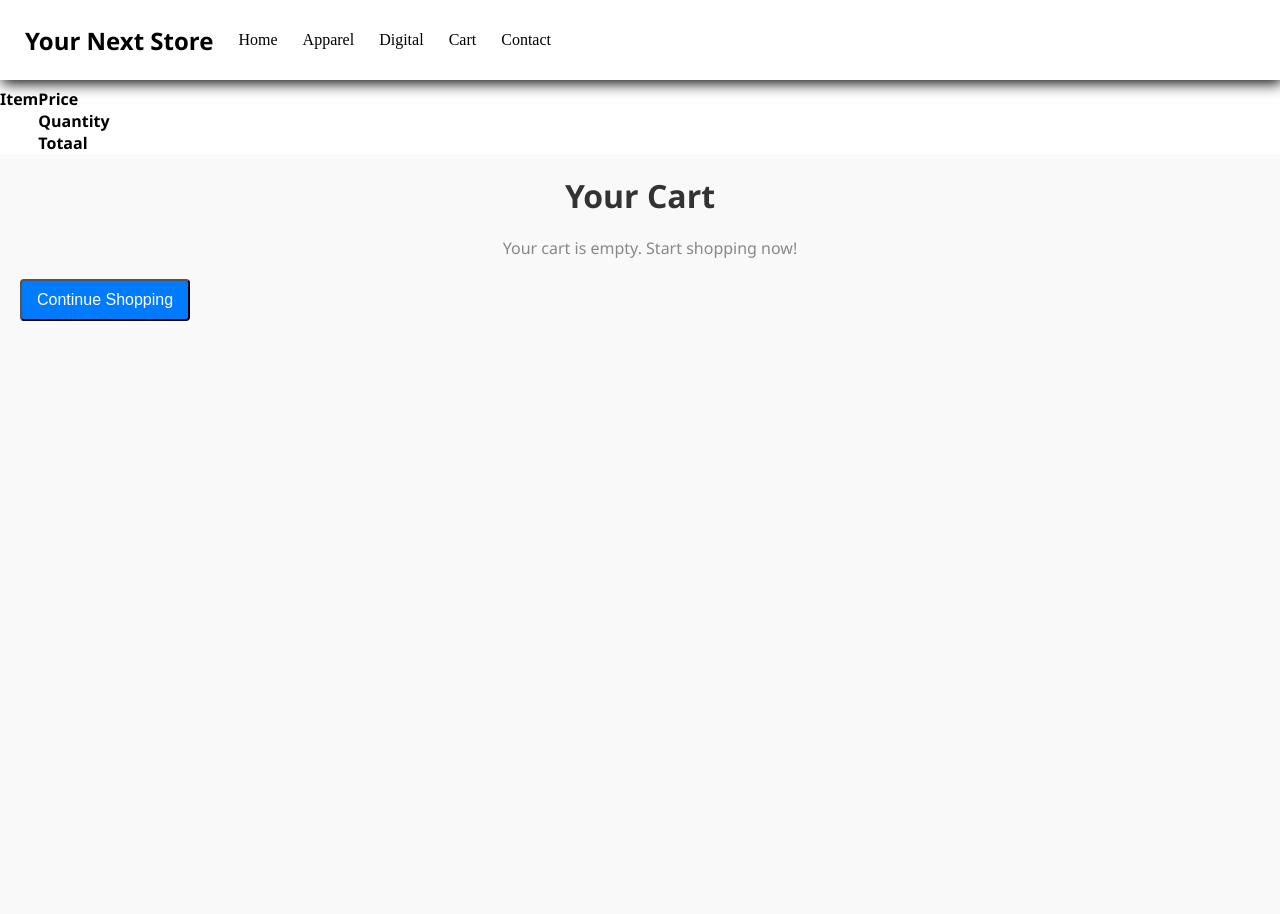
Repository: Sharathguru/React_Project1
Page: /cart
These files come from the project's save history. The page is drawn as it stood at one moment and after the next save; the edit follows.
The browser window is 1280 px wide. The pictures show the whole page.
The project was rebuilt for these pictures with package versions that can differ from the ones it lists, and the page was loaded fresh each time. Also part of the build but not shown: vite.config.js, src/Component/Main/Main1.jsx, src/Component/Main/Cloud.jsx, src/Component/Home.jsx, src/Component/NavbarComponent/Apparel.jsx, src/Component/NavbarComponent/Digital.jsx, src/Component/Contact.jsx, src/Component/Main/Signup.jsx and 3 more.

Above is the page before, as saved 2025-01-17 10:47:40.

### src/main.jsx
import { StrictMode } from 'react'
import { createRoot } from 'react-dom/client'

import App from './App.jsx'


createRoot(document.getElementById('root')).render(

  <App></App>

)

### src/App.jsx
import React, { useState } from 'react';
import { createBrowserRouter, RouterProvider } from 'react-router-dom';
import Home from './Component/Home';
import Apparel from './Component/NavbarComponent/Apparel';
import Digital from './Component/NavbarComponent/Digital';
import Contact from './Component/Contact';
import Signup from './Component/Main/Signup';
import LoginPage from './Component/Main/LoginPage';
import Cart from './Component/NavbarComponent/Cart';

import './App.css';
import Terms from './Component/Main/Terms';

const App = () => {
  const [cartItems, setCartItems] = useState([]);

  const router = createBrowserRouter([
    {
      path: "/",
      element: <Signup />,
      children: [
        {
          path: "/terms",
          element: <Terms />,
        },
      ],
    },
    {
      path: "/login",
      element: <LoginPage />,
    },
    {
      path: "/home",
      element: <Home />,
    },
    {
      path: "/apparel",
      element: <Apparel cartItems={cartItems} setCartItems={setCartItems} />,
    },
    {
      path: "/digital",
      element: <Digital />,
    },
    {
      path: "/cart",
      element: <Cart cartItems={cartItems} setCartItems={setCartItems} />,
    },
    {
      path: "/contact",
      element: <Contact />,
    },
  ]);

  return (
    <div>
      <RouterProvider router={router} />
    </div>
  );
};

export default App;

### src/Component/NavbarComponent/Cart.jsx
import React, { useState } from "react";
import { Link } from "react-router-dom";

const Cart = ({ cartItems, setCartItems }) => {
  const handleRemoveFromCart = (productId) => {
    const updatedCart = cartItems.filter((item) => item.id !== productId);
    setCartItems(updatedCart);
  };

  const handleIncreaseQuantity = (productId) => {
    const updatedCart = cartItems.map((item) =>
      item.id === productId ? { ...item, quantity: item.quantity + 1 } : item
    );
    setCartItems(updatedCart);
  };

  const handleDecreaseQuantity = (productId) => {
    const updatedCart = cartItems.map((item) =>
      item.id === productId && item.quantity > 1
        ? { ...item, quantity: item.quantity - 1 }
        : item
    );
    setCartItems(updatedCart);
  };

  return (
    <div>
      <div id="navbar">
        <nav id="navbar-items">
          <div id="navbar-title">
            <h1>Your Next Store</h1>
          </div>
          <Link className="link" to="/home">Home</Link>
          <Link className="link" to="/Apparel">Apparel</Link>
          <Link className="link" to="/digital">Digital</Link>
          <Link className="link" to="/cart">Cart</Link>
          <Link className="link" to="/contact">Contact</Link>
        </nav>
      </div>
      <br /><br /><br /><br />
    <div id="cart-item-navbar">
      <div  id="cart-item-1">
        <h4>Item</h4>
      </div>
      <div id="cart-tem-all">
        <h4>Price</h4>
        <h4>Quantity</h4>
        <h4>Totaal</h4>
      </div>
    </div>
      <div id="cart-content">
        <h1>Your Cart</h1>
        {cartItems && cartItems.length > 0 ? (
          cartItems.map((item) => (
            <div key={item.id} className="cart-item">
              <img src={item.img} alt={item.name} className="cart-item-image" />
              <div className="cart-item-details">
                <h2>{item.name}</h2>
                <p>Price: {item.price}</p>
                <div>
                  <input type="button" value="-" />
                  <input type="button" value="Add" />

                </div>
                <button
                  className="remove-button"
                  onClick={() => handleRemoveFromCart(item.id)}
                >
                  Remove
                </button>
              </div>
            </div>
          ))
        ) : (
          <p>Your cart is empty. Start shopping now!</p>
        )}
        <Link to="/Apparel">
          <button className="continue-shopping-button">Continue Shopping</button>
        </Link>
      </div>
    </div>
  );
};

export default Cart;

### src/App.css
* {
  margin: 0;
  padding: 0;
}
body
{
    font-family: 'Segoe UI', Tahoma, Geneva, Verdana, sans-serif;
}
#navbar {
    width: 100vw;
    height: 80px;
    background: white;
    box-shadow: 2px 3px 14px black;
    display: flex;
    align-items: center;
    justify-content: space-between;
    position: fixed; /* Change from static to fixed */
    top: 0; /* Ensure it sticks to the top of the viewport */
    z-index: 1000; /* Add z-index to make sure it appears above other content */

  }

#navbar-title h1
{
/* padding-bottom: 10px; */
font-weight: 700;
}

#navbar-items {

  width: 45%;
  display: flex;
  justify-content: space-evenly;
  align-items: center;
}


.link {
  text-decoration: none;
  color: black;
  font-size: 16px;
  font-family: "Times New Roman", Times, serif;
}

.link:hover {
  background: linear-gradient(45deg, black, rgb(232, 145, 4));
  -webkit-background-clip: text;
  background-clip: text;
  color: transparent;
}

#navbar-search {
    margin-right: 25px;
  flex-grow: 1;
  display: flex;
  justify-content: flex-end;
  padding-right: 10px;
  align-items: center;
}

#navbar-search input {
  width: 180px;
  height: 30px;
  border: 1px solid #ccc;
  border-radius: 4px;
  padding: 0 10px;
  font-size: 14px;
}
#navbar-search input::placeholder
{
font-size: 12px;
}

#navbar-search i,
#navbar-search a {
  padding-left: 10px;
  font-size: 16px;
  color: #888;
  cursor: pointer;
  text-decoration: none;
}

#navbar-search a:hover {
  background: linear-gradient(45deg, black, rgb(232, 145, 4));
  -webkit-background-clip: text;
  background-clip: text;
  color: transparent;
}

#navbar-icon i {
  padding-right: 20px;
  font-size: 20px;
  cursor: pointer;
  display: none;
}

#navbar-icon i:hover {
  background: linear-gradient(45deg, black, rgb(232, 145, 4));
  -webkit-background-clip: text;
  background-clip: text;
  color: transparent;
}
#home-part1 {
    background-color: rgb(247, 244, 244);
    margin: 100px 0 0 40px; /* Add top margin to prevent overlapping */
    width: 94vw;
    height: 480px;
    position: relative; /* Change position to relative to avoid sticky conflicts */
    display: flex;
    justify-content: space-evenly;
    align-items: center;
}

#home-part1 p
{
    padding-top: 10px;
    color: rgb(83, 79, 80);
}
#home-part1 button
{
    margin-top: 15px;
    background: rgb(46, 48, 49);
    border: none;
    border-radius: 20px;
    width: 90px;
    height: 30px;
    color: white;
    font-weight: bold;
    cursor: pointer;
}

#home-part1-img img
{
    width: 300px;
}
#home-part2
{

    display: flex;
    justify-content: space-evenly;
    flex-wrap: wrap;
    row-gap: 70px;

}
#cloud {
    background-color: rgb(222, 219, 219);
    margin: 10px 0 10px 0px;
    width: 25.4%;
    height: 340px;
    position: relative;
    border-radius: 10px;

}
#cloud img
{
    /* margin-left: 20px; */
    position: relative;
    left: -30px;
    bottom: 10px;
    right: 85px;
    width: 395px;
    height: 350px;
}
#cloud img:hover
{
opacity: 0.5;
transform: translateY(-10px);
}
#home-part2 h1
{
    /* padding-left: 35px; */
    font-size: 25px;
}
#cloud p:first-child {
    padding-left: 80px;
    font-size: 20px;
}

#home-part2a
{
    margin: 20px 0 0 0;
    width: 94vw;
    display: flex;
    justify-content: space-around;

}
#cloud1 img
{
    width: 500px;
    border-radius: 10px;
}
#cloud1a img
{
    width: 500px;
    border-radius: 10px;
}
#para p
{
    margin-right: 20px;
}
#cloud1:hover , #cloud1a:hover {
    opacity: 0.7;
}



/* Outer container */
#border-down {
  margin-top: 20px;
  background-color: rgb(240, 240, 240);
  height: 220px;
  position: relative;
  width: 100%;
  display: flex; /* Flexbox for alignment */
  justify-content: space-between; /* Space between left and right sections */
  align-items: center;
  padding: 20px;
  box-sizing: border-box;
}

/* Left Section */
#details-product-left {
  display: flex;
  flex-direction: column;
  justify-content: center;
  align-items: flex-start;
}

#details-product-left h1 {
  font-size: 18px;
  margin-bottom: 10px;
}

#details-product-left input {
  padding: 8px;
  border: 1px solid #ccc;
  border-radius: 4px;
  margin-right: 10px;
}

#details-product-left button {
  background-color: #1a202c;
  color: #fff;
  border: none;
  padding: 8px 16px;
  border-radius: 4px;
  cursor: pointer;
}

/* Right Section */
#details-product-right {
  display: flex;
  justify-content: space-between;
  align-items: flex-start;
  gap: 50px; /* Space between Products and Support */
}

#details-Product,
#details-Product1 {
  text-align: left;
}

#details-Product h4,
#details-Product1 h4 {
  font-size: 16px;
  margin-bottom: 10px;
}

#details-Product a,
#details-Product1 a {
  text-decoration: none;
  color: #333;
  font-size: 14px;
}

#details-Product a:hover,
#details-Product1 a:hover {
  text-decoration: underline;
}

/* Outer container */
#border-down {
  margin-top: 20px;
  background-color: rgb(240, 240, 240);
  height: 250px;
  position: relative;
  width: 100%;
  display: flex;
  justify-content: space-between;
  align-items: center;
  padding: 20px;
  box-sizing: border-box;
}

/* Left Section */
#details-product-left {
  display: flex;
  flex-direction: column;
  justify-content: flex-start;
  align-items: flex-start;
  gap: 10px;
}

#details-product-left h1 {
  font-size: 18px;
  margin-bottom: 5px;
}

#details-product-left input {
  padding: 8px;
  border: 1px solid #ccc;
  border-radius: 4px;
  margin-right: 10px;
  width: 250px;
}

#details-product-left button {
  background-color: #1a202c;
  color: #fff;
  border: none;
  padding: 8px 16px;
  border-radius: 10px;
  cursor: pointer;
  margin-top: 10px;
}

/* Right Section */
#details-product-right {
  display: flex;
  justify-content: flex-end;
  align-items: flex-start;
  gap: 50px;
}

#details-Product,
#details-Product1 {
  text-align: left;
}

#details-Product h4,
#details-Product1 h4 {
  font-size: 16px;
  margin-bottom: 10px;
}

#details-Product a,
#details-Product1 a {
  text-decoration: none;
  color: #333;
  font-size: 14px;
}

#details-Product a:hover,
#details-Product1 a:hover {
  text-decoration: underline;
}

/* Footer Section */
#footer {
  /* text-align: center; */
  padding: 15px 0;
  font-size: 14px;
  color: #555;
  background-color: rgb(240, 240, 240);
  border-top: 1px solid #ddd;
}

#footer p {
  margin: 5px 0;
}
#Apparel-heading
{
  padding-top: 10px;
  padding-left: 30px;
}
#Apparel-heading h3
{
font-size: 1.5rem;
}
#Apparel-heading p
{
color: #888;
}

#Apparel-detail {
  margin-top: 20px;
  display: flex;
  justify-content: space-evenly;
  flex-wrap: wrap; /* Ensure items wrap on smaller screens */
  /* gap: 10px;  */
  column-gap: 10px;
  row-gap: 120px;
  width: 100%; /* Ensure container fits within the viewport */
}

.Apparel-items-box {
  margin: 0; /* Remove extra margin */
  border-radius: 10px;
  /* background-color: #9e2626; */
  width: 25%; /* Adjust as needed for layout */
  height: 340px;
  box-sizing: border-box;

}

.Apparel-item-all img {
  width: 315px; /* Scale image to fit its container */
  height: 339px; /* Ensure image stretches to container height */
 border-radius: 20px;
}

.Apparel-item-all img:hover
{
opacity: 0.5;
transform: translateY(-5px);
cursor: pointer;
}

.Apparel-item-all h1
{
 margin: 40px  0 0 0;
font-size: 1.3rem;
text-align: center;
}
.Apparel-item-all p
{
text-align: center;
}

/* Target the 10th Apparel-items-box */
.Apparel-items-box:nth-child(10) {
 margin-right: 63%;
}
#Digital-title h2,p
{
  padding-left: 20px;
}
#Digital-title p
{
color: #888;
}
#Digital-item
{
  display: flex;
  flex-wrap: wrap;
  justify-content: space-evenly;
}

.Digital-item-all
{
  margin: 30px 0 0 30px;

}
.Digital-item-all img
{
  border-radius: 10px;
  width: 370px;
  transform: translateY(-10px);
}
/* General Contact Form Styling */
#contact {
  margin: 40px auto;
  padding: 20px;
  max-width: 600px;
  border: 1px solid #ddd;
  border-radius: 8px;
  background-color: #f9f9f9;
}

#contact-item {
  text-align: center;
}

#contact-item h3 {
  font-size: 24px;
  color: #333;
  margin-bottom: 20px;
}

/* Contact Form Container */
#contact-item-all {
  display: flex;
  flex-direction: column;
  gap: 15px;
}

/* Input and Textarea Styling */
.item-all-contact label {
  font-size: 16px;
  color: #333;
  margin-bottom: 8px;
  text-align: left;
  display: block;
}

.item-all-contact input,
.item-all-contact textarea {
  padding: 10px;
  font-size: 16px;
  width: 100%;
  border: 1px solid #ccc;
  border-radius: 4px;
  margin-bottom: 10px;
  box-sizing: border-box;
}

.item-all-contact input:focus,
.item-all-contact textarea:focus {
  border-color: #6c757d;
  outline: none;
}

/* Button Styling */
button[type="submit"] {
  width: 200px;
  padding: 12px 20px;
  margin-left: 200px;
  font-size: 16px;
  color: #fff;
  background-color: #383534;
  border: none;
  border-radius: 10px;
  cursor: pointer;
  transition: background-color 0.3s ease;
}

button[type="submit"]:hover {
  background-color: #0056b3;
}

.buy-now-button {
  background-color: #ff5722;
  color: white;
  border: none;
  padding: 10px 15px;
  border-radius: 5px;
  font-size: 14px;
  cursor: pointer;
  transition: background-color 0.3s ease, transform 0.2s ease;
}

.buy-now-button:hover {
  background-color: #e64a19;
  transform: scale(1.05);
}

.buy-now-button:active {
  background-color: #d84315;
  transform: scale(1);
}

#already-login
{
 padding: 5px 0 0 60px;
  font-size: 0.43rem;
}
.Login-signup
{
  padding-left: 5px;
  text-decoration: none;
}

#Subscribe-group
{
  position: relative;
  top: 100px;
}


/* Cart Container */
#cart-content {
  padding: 20px;
  background-color: #f9f9f9;
  min-height: 100vh;
}

#cart-content h1 {
  text-align: center;
  font-size: 2rem;
  color: #333;
  margin-bottom: 20px;
}

.cart-item {
  display: flex;
  align-items: center;
  justify-content: space-between;
  background-color: #fff;
  padding: 20px;
  border-radius: 8px;
  margin-bottom: 15px;
  box-shadow: 0 2px 4px rgba(0, 0, 0, 0.1);
}

.cart-item img {
  width: 100px;
  height: 100px;
  /* object-fit: cover; */
  border-radius: 8px;
}

.cart-item-details {
  flex-grow: 1;
  margin-left: 20px;
}

.cart-item-details h2 {
  font-size: 1.2rem;
  color: #333;
}

.cart-item-details p {
  font-size: 1rem;
  color: #555;
}

.remove-button {
  background-color: #ff4d4d;
  color: white;
  border: none;
  padding: 10px 15px;
  cursor: pointer;
  border-radius: 4px;
  transition: background-color 0.3s ease;
}

.remove-button:hover {
  background-color: #e60000;
}

.continue-shopping-button {
  background-color: #007bff;
  color: white;
  padding: 10px 15px;
  text-decoration: none;
  border-radius: 4px;
  font-size: 1rem;
  margin-top: 20px;
  display: inline-block;
  text-align: center;
}

.continue-shopping-button:hover {
  background-color: #0056b3;
}

/* Empty Cart Message */
#cart-content p {
  text-align: center;
  font-size: 1rem;
  color: #888;
  margin-top: 20px;
}
#cart-item-navbar
{
  display: flex;
  j
}










/* Mobile view adjustments */
@media screen and (max-width: 500px) {
  #navbar-items {
    display: none; /* Hide the navbar items */
  }

  #navbar-search {
    display: none; /* Hide the search bar */
  }

  #navbar-icon i {
    display: block; /* Show the icon */
  }
}
@media (max-width: 768px) {
  #contact {
    padding: 15px;
  }

  #contact-item-all {
    gap: 10px;
  }

  button[type="submit"] {
    font-size: 14px;
    padding: 10px 16px;
  }
}

### src/Component/Main/Signup.css
* {
    padding: 0;
    margin: 0;
  }

  #signup-heading {
    width: 100vw;
    height: 100vh;
    border-radius: 20px;
    position: relative;
    display: flex;
    justify-content: space-evenly;
    align-items: center;
    background: linear-gradient(190deg, rgb(243, 235, 235), rgb(237, 147, 147));
    animation: fadeIn 1.5s ease-in-out;
  }
  #signup-details h1
  {
    margin-bottom: 20px;
    text-align: center;

  }
  .signup-group {
    position: relative;
    margin-bottom: 20px;
    animation: slideIn 1.2s ease-in-out;
    margin-left: 30px;
  }

  .signup-group i {
    margin-left: 10px;
    position: absolute;
    transform: translateY(70%);
    color: #555;
    transition: color 0.3s ease;
  }

  .signup-group input[type="text"],
  .signup-group input[type="email"],
  .signup-group input[type="password"] {
    width: 300px;
    padding: 10px 40px;
    border: 1px solid #ddd;
    border-radius: 5px;
    font-size: 16px;
    color: #555;
    outline: none;
    transition: all 0.3s ease;
    box-sizing: border-box;
  }

  .signup-group input[type="text"]:focus,
  .signup-group input[type="email"]:focus,
  .signup-group input[type="password"]:focus {
    border-color: #007bff;
    box-shadow: 0 0 5px rgba(0, 123, 255, 0.5);
  }

  .signup-group input[type="text"]:hover,
  .signup-group input[type="email"]:hover,
  .signup-group input[type="password"]:hover {
    background-color: #f9f9f9;
  }

  .signup-group input[type="text"]:focus + i,
  .signup-group input[type="email"]:focus + i,
  .signup-group input[type="password"]:focus + i {
    color: #007bff;
  }

  #signup-heading img {
    width: 400px;
    border-radius: 20px;
    animation: bounceIn 2s ease-in-out;
  }

  input[type="checkbox"] {

    cursor: pointer;

    margin: 25px 10px 0 0 ;

  }

  input[type="submit"] {
    width: 300px;
    padding: 10px;
    background: #007bff;
    color: #fff;
    border: none;
    border-radius: 5px;
    font-size: 16px;
    cursor: pointer;
    transition: background 0.3s ease;
    animation: zoomIn 1s ease-in-out;
    margin-left: 27px;
  }

  input[type="submit"]:hover {
    background: #0056b3;
  }

  span {
    font-size: 14px;
    color: #555;
  }
#checkbox:hover + span
  {
    font-size: 14px;
    color: black;
  }


  /* Animations */

  @keyframes fadeIn {
    from {
      opacity: 0;
      transform: translateY(-20px);
    }
    to {
      opacity: 1;
      transform: translateY(0);
    }
  }

  @keyframes slideIn {
    from {
      opacity: 0;
      transform: translateX(-20px);
    }
    to {
      opacity: 1;
      transform: translateX(0);
    }
  }

  @keyframes bounceIn {
    10% {
      opacity: 0;
      transform: scale(0.5);
    }
    10% {
      opacity: 1;
      transform: scale(1.2);
    }
    100% {
      transform: scale(1);
    }
  }

  @keyframes zoomIn {
    from {
      transform: scale(0.8);
      opacity: 0;
    }
    to {
      transform: scale(1);
      opacity: 1;
    }
  }

Loaded but not shown: index.html (common file)

After the next save:
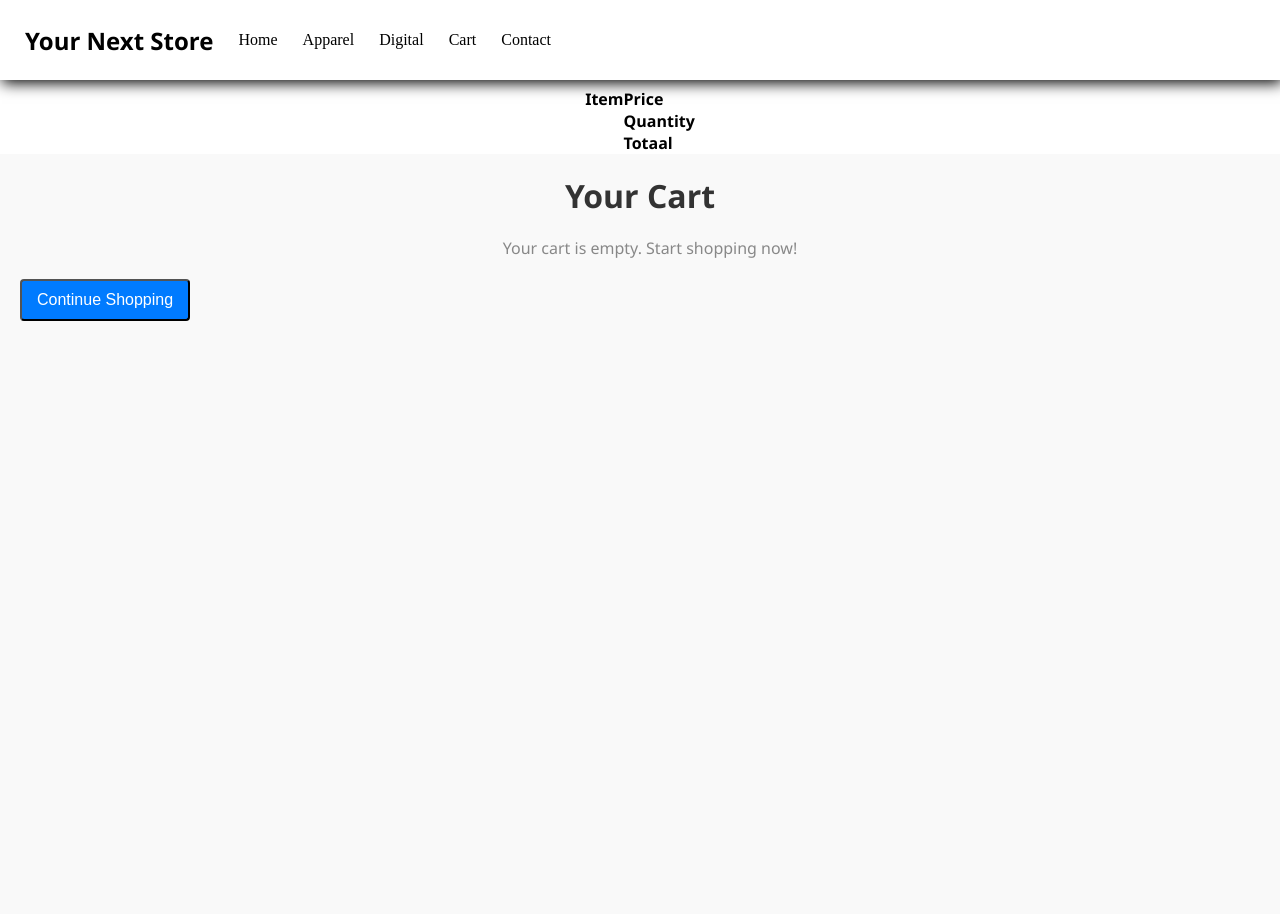
Saved 4 s later.
--- a/src/App.css
+++ b/src/App.css
@@ -654,7 +654,7 @@
 #cart-item-navbar
 {
   display: flex;
-  j
+  justify-content: center;
 }
 
 

After the save that followed:
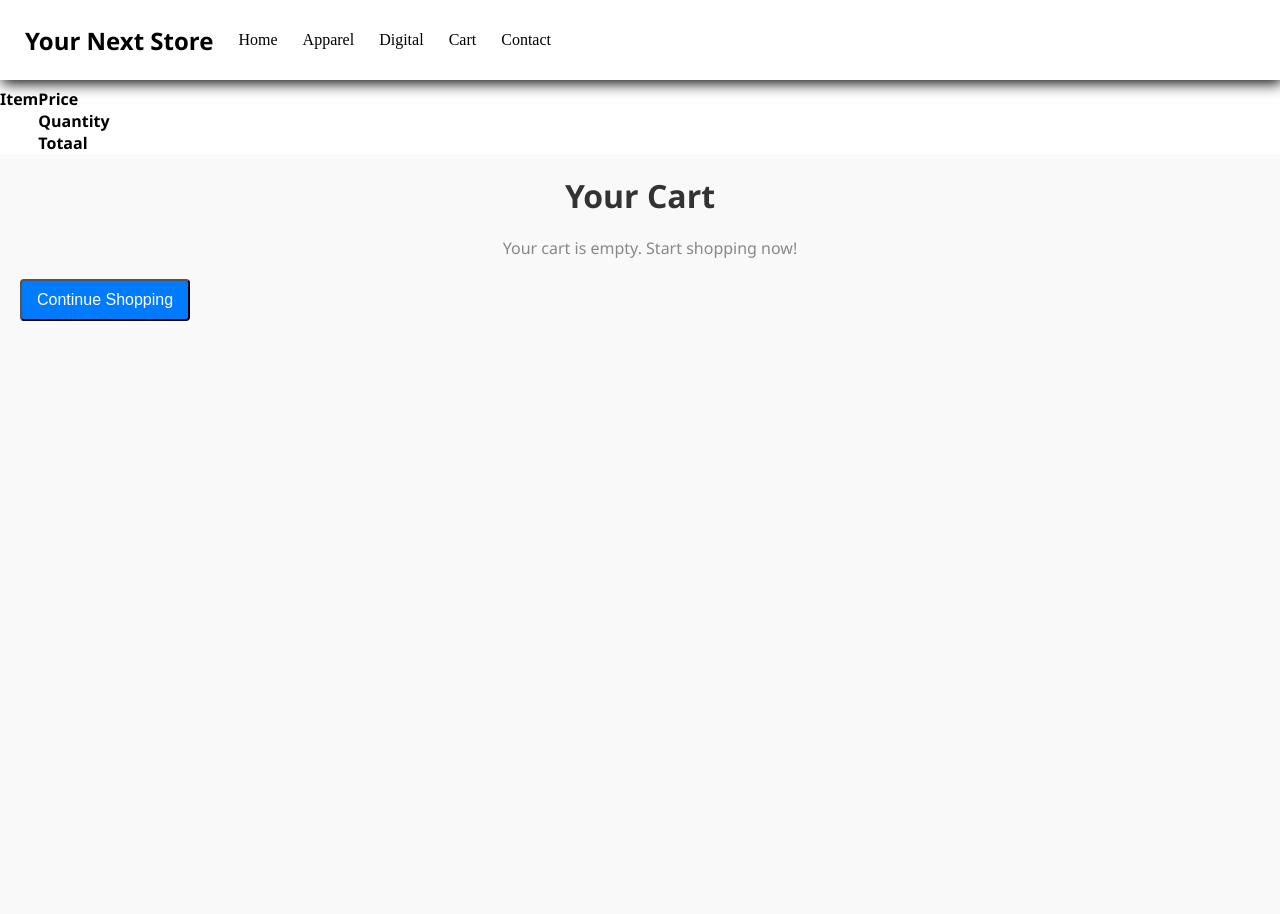
Saved 5 s later.
--- a/src/App.css
+++ b/src/App.css
@@ -654,7 +654,7 @@
 #cart-item-navbar
 {
   display: flex;
-  justify-content: center;
+
 }
 
 
